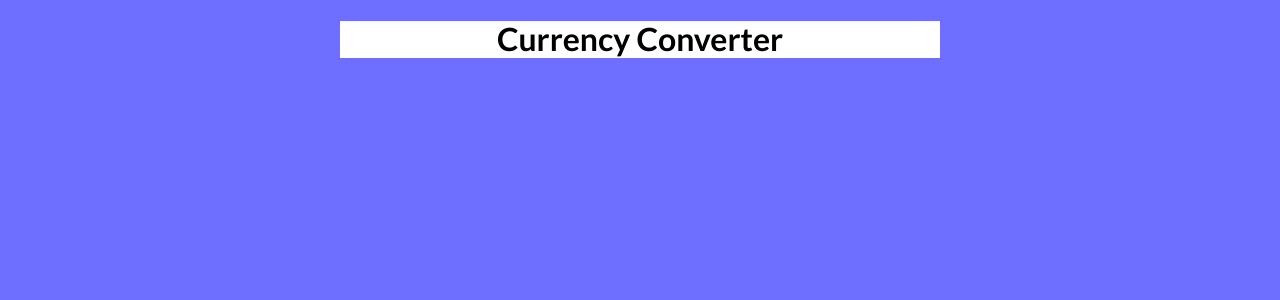
Repository: kkasperczyk/currency-converter
Page: index.html
These files come from the project's save history. The page is drawn as it stood at one moment and after a run of saves; the edit follows.
The browser window is 1280 px wide. The pictures show the whole page.

Above is the page before, as saved 2020-06-15 21:56:14.

### index.html
<!DOCTYPE html>
<html lang="en">

<head>
    <meta charset="UTF-8">
    <meta name="viewport" content="width=device-width, initial-scale=1.0">
    <link rel="stylesheet" href="https://cdnjs.cloudflare.com/ajax/libs/normalize/8.0.1/normalize.min.css"
        integrity="sha256-l85OmPOjvil/SOvVt3HnSSjzF1TUMyT9eV0c2BzEGzU=" crossorigin="anonymous" />
    <link rel="stylesheet" href="css/global.css">
    <link rel="stylesheet" href="css/container.css">
    <link rel="stylesheet" href="css/header.css">
    <script defer src="js/script.js"></script>
    <link href="https://fonts.googleapis.com/css2?family=Lato:ital,wght@0,400;0,700;1,400&display=swap" rel="stylesheet">
    <title>Currency Converter</title>
</head>

<body>
    <div class="container">
        <header class="header">
            <h1 class="header__title">Currency Converter</h1>
        </header>
    </div>
</body>

</html>

### css/global.css
html {
  box-sizing: border-box;
}

*,
::after,
::before {
  box-sizing: inherit;
}

body {
  font-family: "Lato", sans-serif;
  background-color: rgb(111, 111, 255);
}

### css/container.css
.container {
    max-width: 600px;
    margin: 0 auto;
    background-color: white;
}

### css/header.css
.header {
    text-align: center;
}

.header__title {

}

### js/script.js
console.log("Hi all developers! Nice to see you here.");

After the next 3 saves:
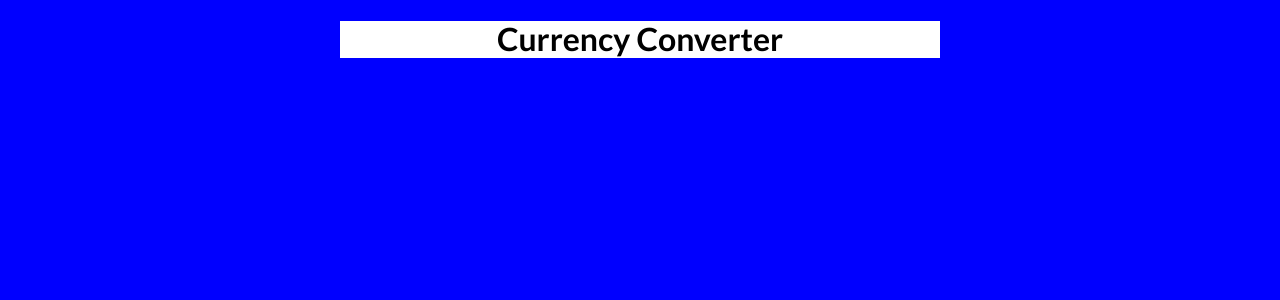
The 3 saves are shown as one change because they came seconds apart.
The last was saved 6 s later.
--- a/css/global.css
+++ b/css/global.css
@@ -10,5 +10,5 @@
 
 body {
   font-family: "Lato", sans-serif;
-  background-color: rgb(111, 111, 255);
+  background-color: hsl(240, 100%, 50%);
 }

After the save that followed:
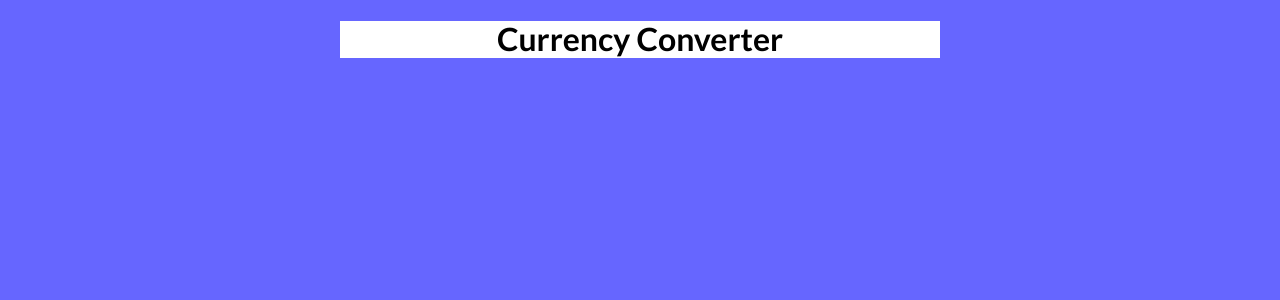
Saved 8 s later.
--- a/css/global.css
+++ b/css/global.css
@@ -10,5 +10,5 @@
 
 body {
   font-family: "Lato", sans-serif;
-  background-color: hsl(240, 100%, 50%);
+  background-color: hsl(240, 100%, 70%);
 }
